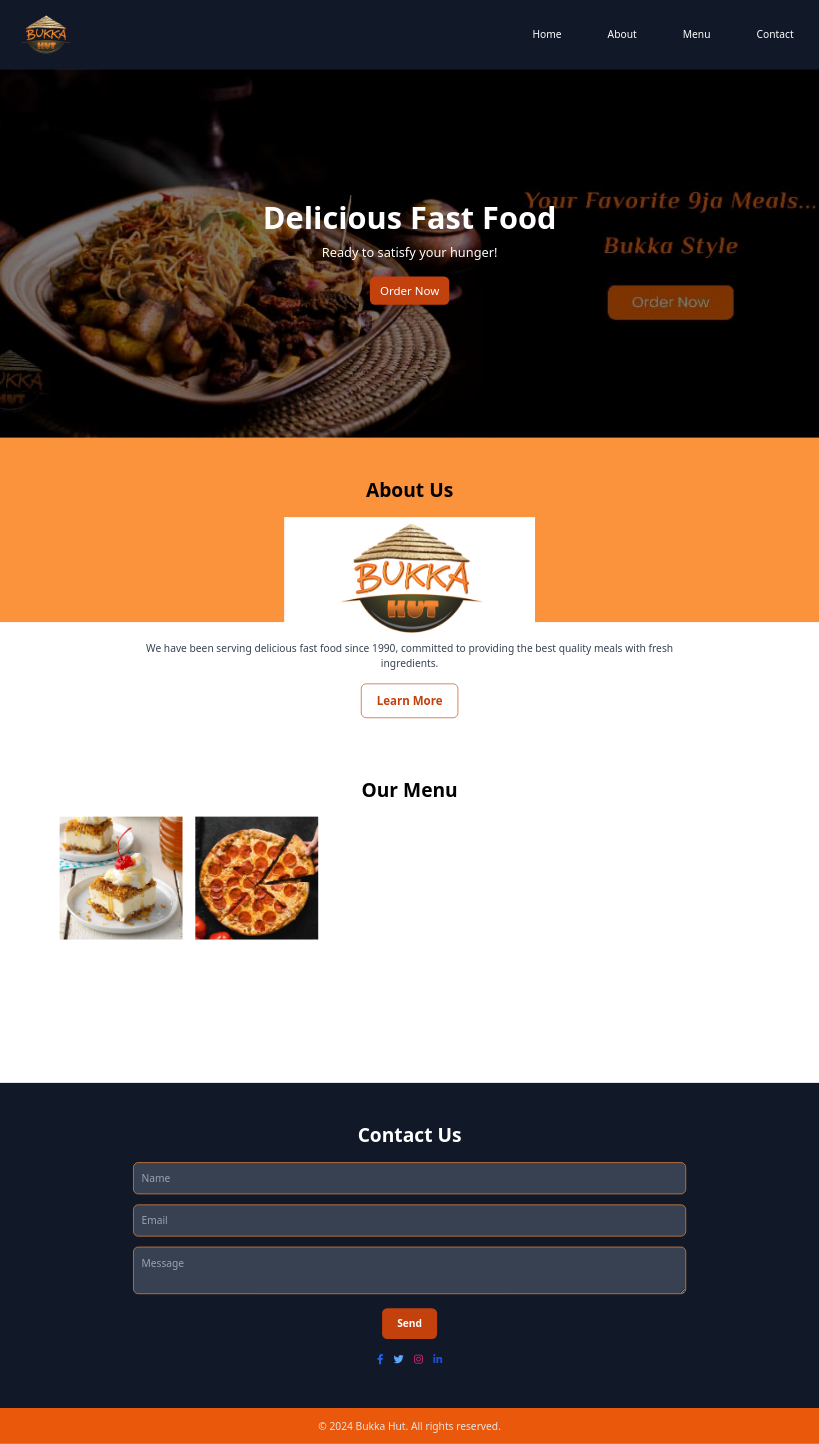
Repository: countaustin1990/BUKKAHUT
Page: INDEX.HTML
An editor plug-in stored every save of this project. The page is shown before and after the next save, followed by the edit.
The browser window is 1280 px wide. The pictures show the whole page, at 64% of full size.
Some web libraries are served in a nearby version.

Above is the page before, as saved 2024-08-24 16:05:00.
Console error: TypeError: Cannot read properties of null (reading 'addEventListener')

After the next save:
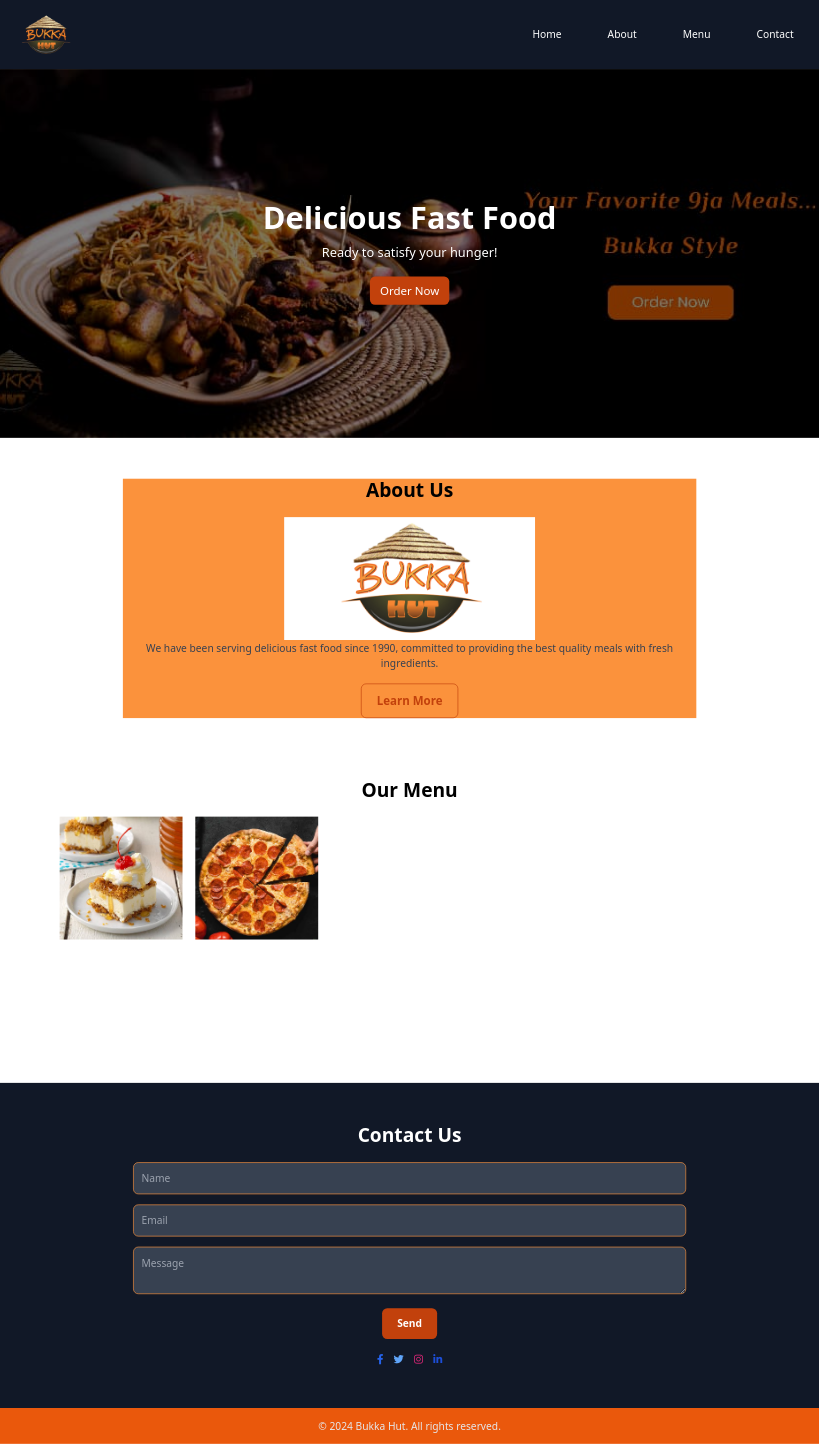
Saved 33 s later.
--- a/INDEX.HTML
+++ b/INDEX.HTML
@@ -75,8 +75,8 @@
 
 
         <!-- About Us Section -->
-    <section id="about" class="py-16 bg-orange-400">
-      <div class="max-w-4xl mx-auto text-center px-4">
+    <section id="about" class="py-16">
+      <div class="max-w-4xl mx-auto text-center px-4 bg-orange-400">
         <h2 class="text-3xl font-bold mb-6">About Us</h2>
         <img src="Logo.png" alt="Logo" class="inline-block h-48 mx-2">
         <p class="text-gray-700 mb-5">We have been serving delicious fast food since 1990, committed to providing the best quality meals with fresh ingredients.</p>
